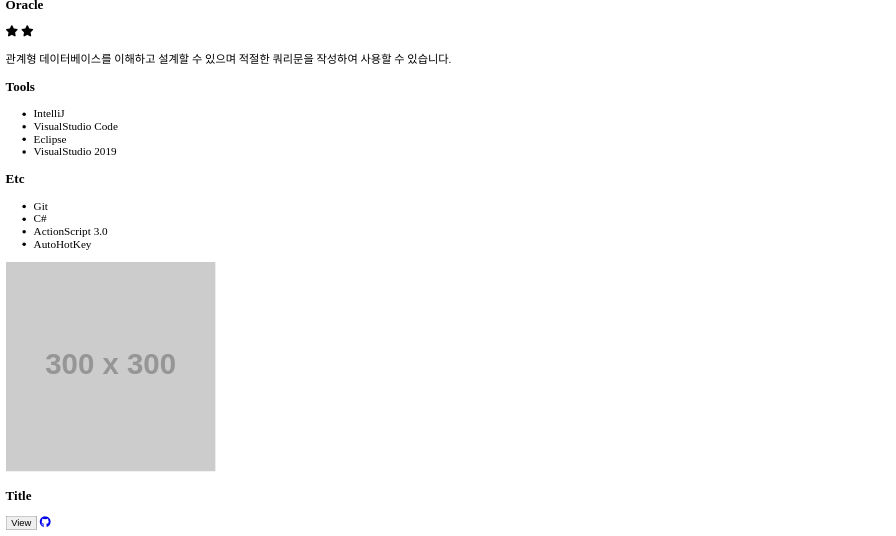
Repository: pjtae0328/Portfolio
Page: index.html
These files come from the project's save history. The page is drawn as it stood at one moment and after the next save; the edit follows.
The browser window is 1280 px wide. The pictures show the part of the page from y = 2961 to 4881 px (the page is 3727 px tall before and 4881 px after), at 70% of full size.
Some web libraries are served in a nearby version.

Above is the page before, as saved 2021-08-26 23:07:21.

After the next save:
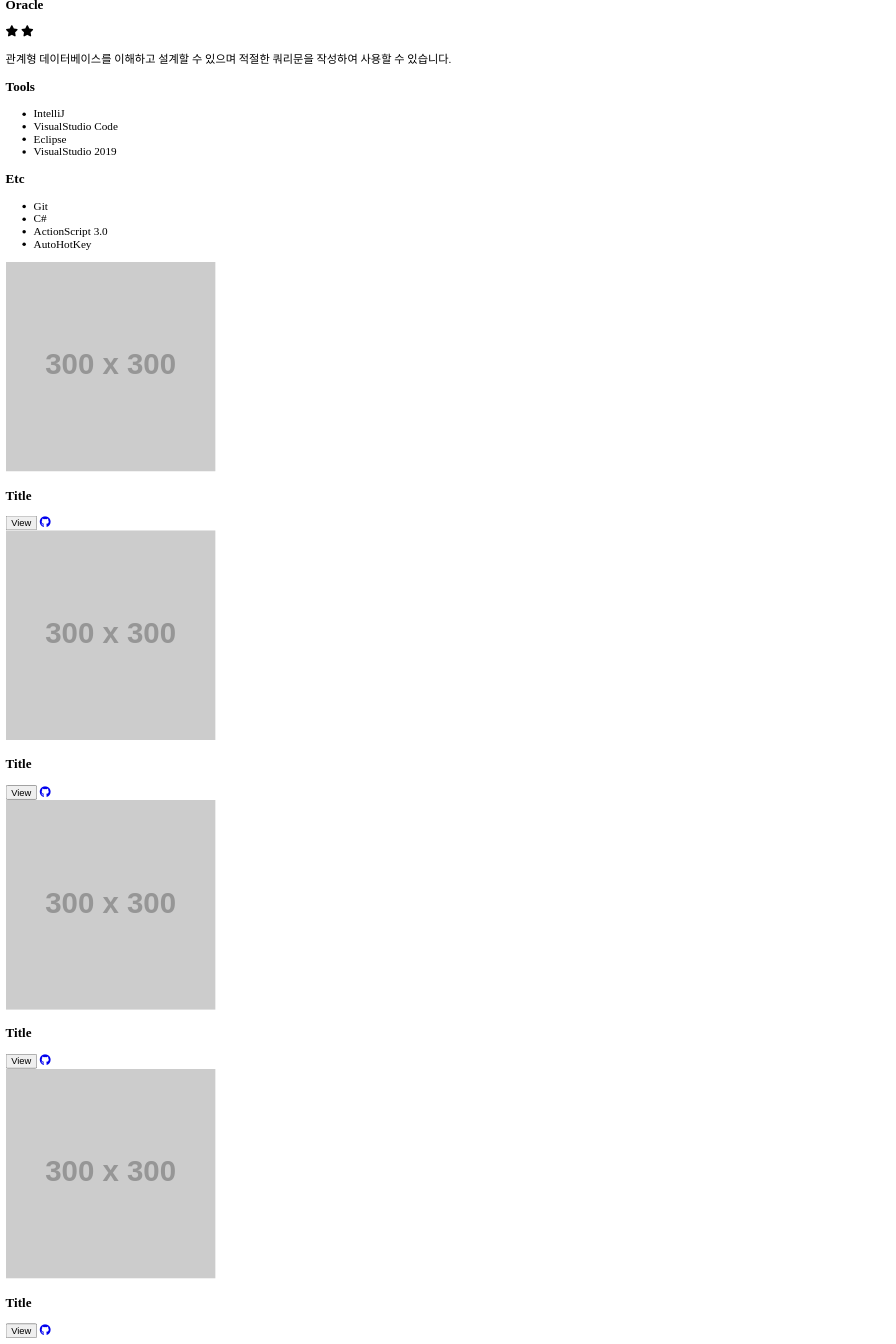
Saved 15 s later.
--- a/index.html
+++ b/index.html
@@ -186,6 +186,24 @@
             <button class="project__View">View</button>
             <a href="#"><i class="fab fa-github"></i></a>
         </div>
+        <div class="project">
+            <img src="https://via.placeholder.com/300" alt="projectIMG">
+            <h3 class="project__title">Title</h3>
+            <button class="project__View">View</button>
+            <a href="#"><i class="fab fa-github"></i></a>
+        </div>
+        <div class="project">
+            <img src="https://via.placeholder.com/300" alt="projectIMG">
+            <h3 class="project__title">Title</h3>
+            <button class="project__View">View</button>
+            <a href="#"><i class="fab fa-github"></i></a>
+        </div>
+        <div class="project">
+            <img src="https://via.placeholder.com/300" alt="projectIMG">
+            <h3 class="project__title">Title</h3>
+            <button class="project__View">View</button>
+            <a href="#"><i class="fab fa-github"></i></a>
+        </div>
     </section>
 
     <!-- Testimonials -->
